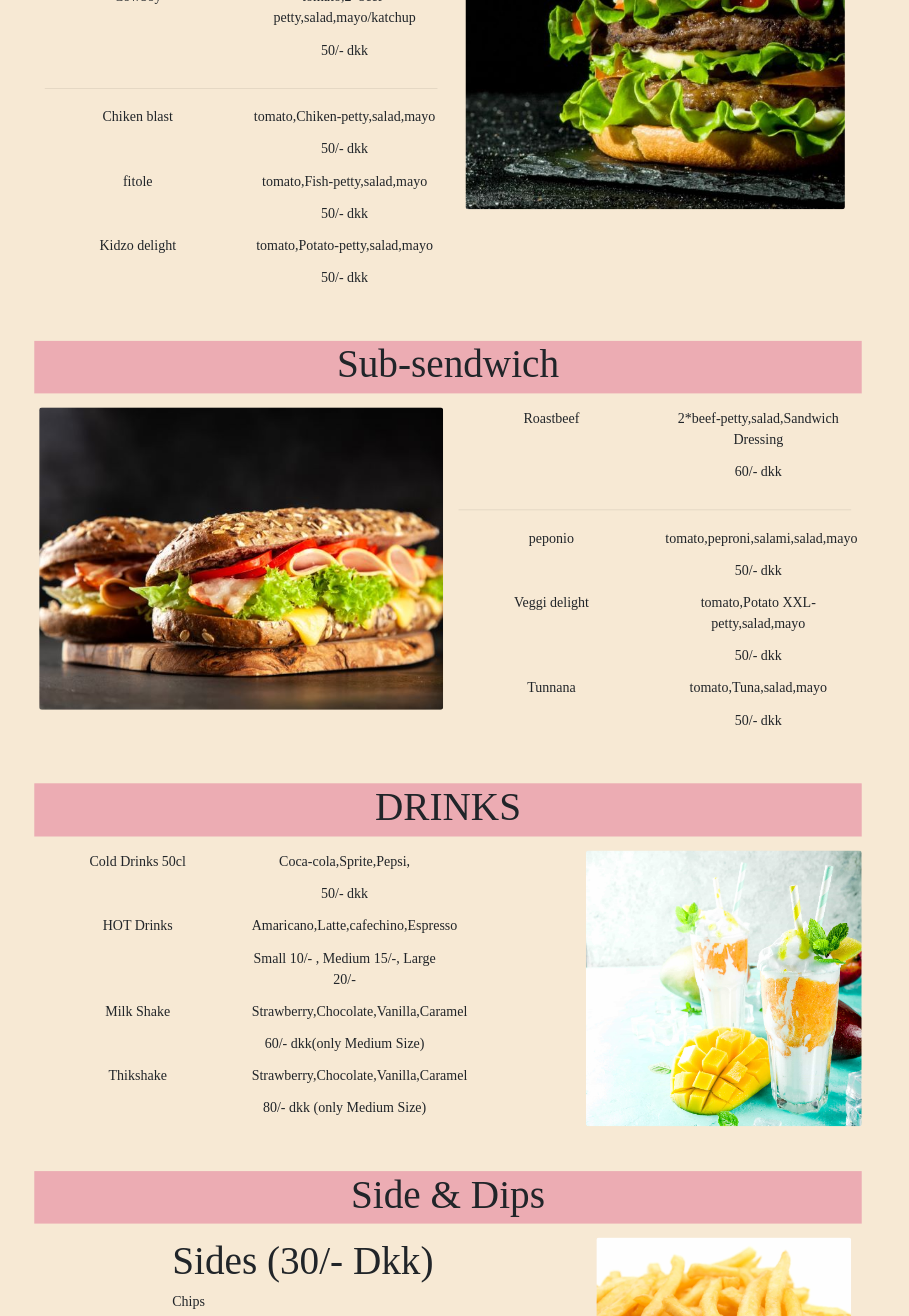
Repository: HMTRIVEDI/project-one
Page: menu.html
The author's editor kept a record of every edit. The page is drawn from the files as they stood at one moment, then again after the next edit.
The browser window is 1280 px wide. The page is 1298 px wide, so the pictures cover 1298 px, including what lies to the right of the window. The pictures show the part of the page from y = 380 to 2260 px (the page is 2954 px tall before and 3003 px after), at 70% of full size.
Some web fonts or font styles are not loaded; a fallback is used. Some web libraries are served in a nearby version.

Above is the page before.

After the next edit:
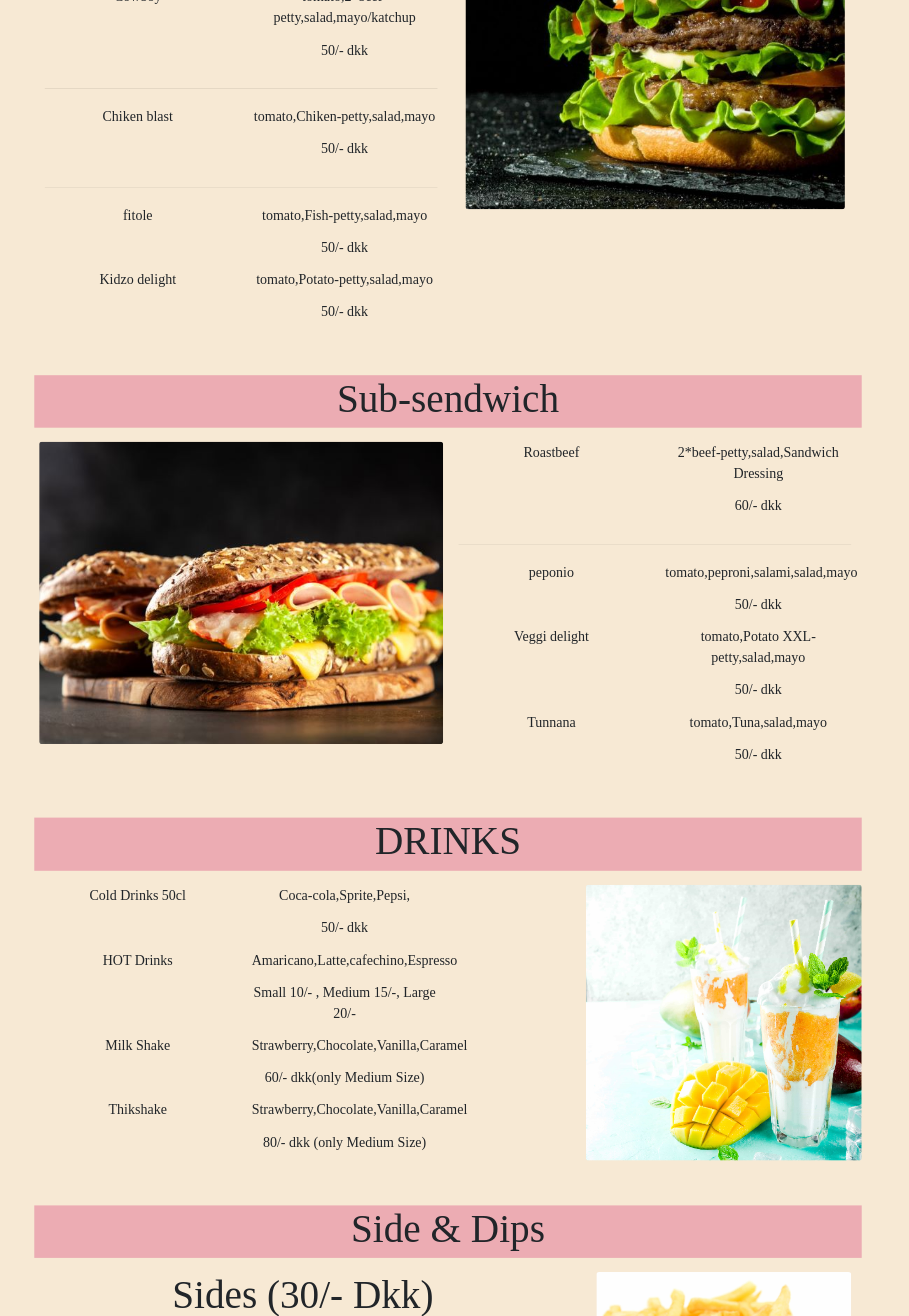
The edit:
--- a/menu.html
+++ b/menu.html
@@ -87,8 +87,7 @@
             <p>50/- dkk</p>
           </div>
         </div>
-        <div class="row">
-        </div>
+        <hr class="my-4">
         <div class="row">
           <div class="col-sm-6">fitole</div>
           <div class="col-sm-6">
